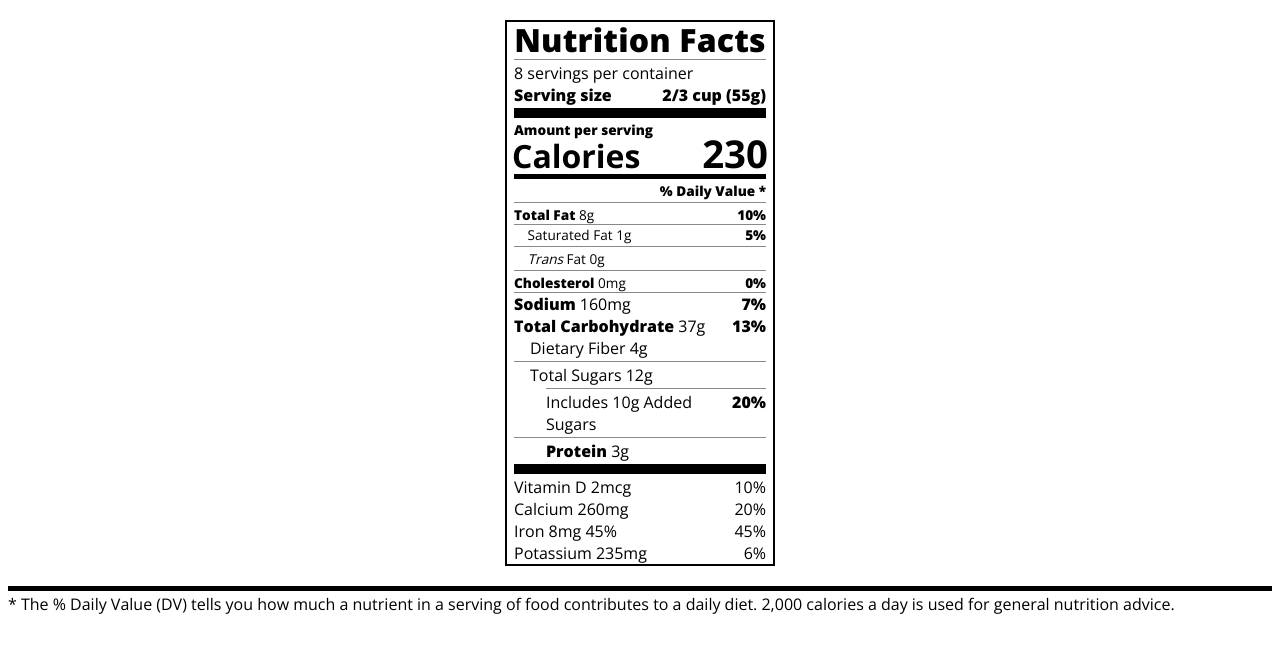
Repository: AimenDje/NutritionLabel
Page: index.html
These files come from the project's save history. The page is drawn as it stood at one moment and after the next save; the edit follows.
The browser window is 1280 px wide. The pictures show the whole page.

Above is the page before, as saved 2025-08-31 00:06:53.

### index.html
<!DOCTYPE html>
<html lang="en">

<head>
  <meta charset="UTF-8">
  <title>Nutrition Label</title>
  <link rel="stylesheet" href="https://fonts.googleapis.com/css?family=Open+Sans:400,700,800">
  <link rel="stylesheet" href="styles.css">

</head>

<body>
  <div class="label">
    <header>
      <h1 class="bold">Nutrition Facts</h1>
      <div class="divider"></div>
      <p>8 servings per container</p>
      <p class="bold">Serving size <span>2/3 cup (55g)</span></p>
    </header>
    <div class="divider large"> </div>
     <div class="calories-info">
      <div class="left-container">
        <h2 class="bold small-text">Amount per serving</h2>
        <p> Calories</p>
      </div>
      <span> 230 </span>
    </div>
    <div class="divider medium"></div>
    <div class="daily-value small-text">
      <p class="bold right no-divider" >% Daily Value *</p>
      <div class="divider"></div>
      <p><span><span class="bold">Total Fat</span> 8g</span> <span class="bold">10%</span></p>
      <p class="indent no-divider" >Saturated Fat 1g <span class="bold">5%</span></p>
      <div class="divider"></div>
      <p class="indent no-divider"><span><i>Trans</i> Fat 0g</span></p>
      <div class="divider"></div>
      <p> <span><span class="bold">Cholesterol</span> 0mg</span> <span class="bold">0%</span> </div>
      <p><span><span class="bold">Sodium</span> 160mg </span> <span class="bold">7%</span> </p>
      <p><span><span class="bold">Total Carbohydrate</span> 37g</span> <span class="bold">13%</span></p>
      <p class="indent no-divider">Dietary Fiber 4g </p>
      <div class="divider"></div>
      <p class="indent no-divider"> Total Sugars 12g</p>
      <div class="divider double-indent"></div>
      <p class="double-indent no-divider">Includes 10g Added Sugars <span class="bold">20% <span></p>
      <div class="divider"></div>
      <p class="double-indent no-divider"><span><span class="bold">Protein</span> 3g</span></p>
      <div class="divider large"></div>
      <p>Vitamin D 2mcg <span>10%</span></p>
      <p>Calcium 260mg <span>20%</span></p>
      <p>Iron 8mg 45% <span>45%</span></p>
      <p class="no-divider">Potassium 235mg <span>6%</span></p>
    </div>
    <div class="medium divider"> </div>
    <p class="note"> * The % Daily Value (DV) tells you how much a nutrient in a serving of food contributes to a daily diet.
    2,000 calories a day is used for general nutrition advice.</p>
  </div>
  </div>
</body>
</html>

### styles.css
*{
  box-sizing: border-box;
}

body{
  font-family:"Open Sans", sans-serif;
}

html{
  font-size:16px;
}

.label {
  border: 2px solid black;
  width: 270px;
  margin: 20px auto;
  padding : 0 7px;
}

header h1 {
  text-align: center;
  margin : -4px 0;
  letter-spacing : 0.15px;
}

p{
  margin : 0;
  display:flex;
  justify-content: space-between;
}

.divider{
  border-bottom: 1px solid #888989;
  margin : 2px 0;
}

.bold{
  font-weight: 800;
}

.large{
  height:10px;

}
.large, .medium{
  background-color:black;
  border:0;
}

.small-text{
  font-size: 0.85rem;
}

.calories-info h2{
  margin:0;
}

.calories-info{
  display:flex;
  justify-content:space-between;
  align-items:flex-end;
}

.left-container p{
  margin:-5px -2px;
  font-size: 2em;
  font-weight:700;
}

.calories-info span {
  font-size: 2.4em;
  font-weight: 700;
  margin : -7px -2px;
}

.medium{
  height:5px;
}

.right{
  justify-content: flex-end ;
}

.indent{
  margin-left:1em;
}

.daily-value p:not(.no-divider) {
  border-bottom: 1px solid #888989;
}

.double-indent{
  margin-left : 2em;
}

After the next save:
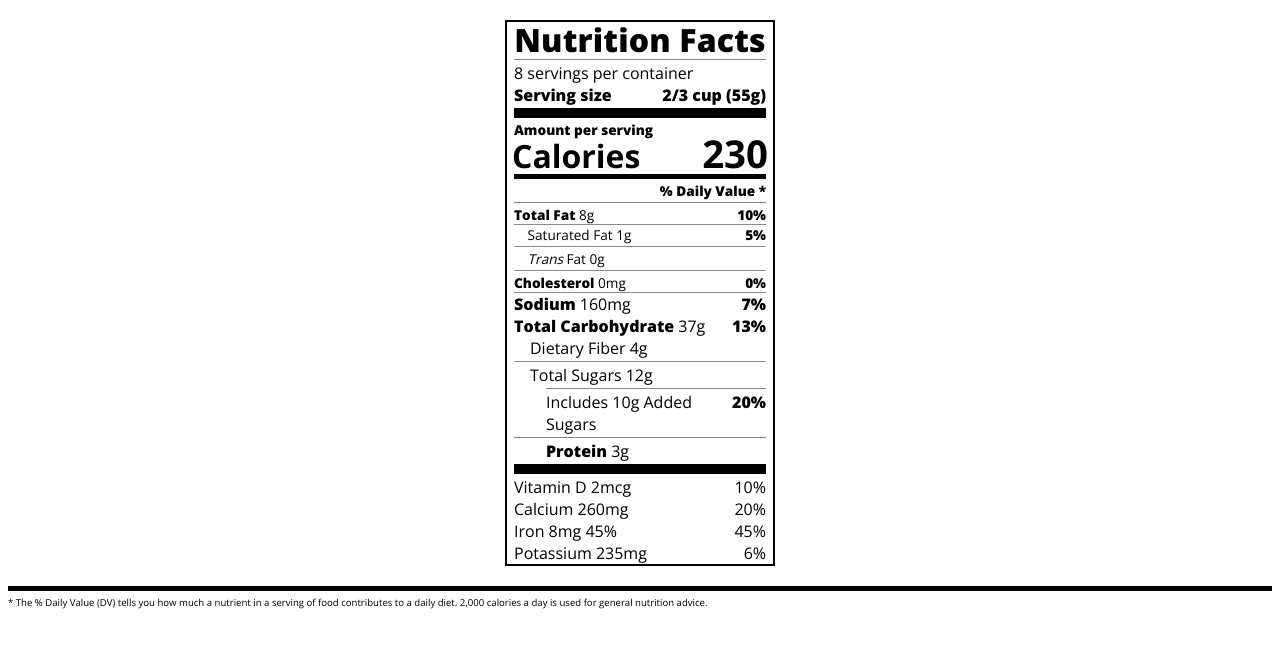
Saved 63 s later.
--- a/styles.css
+++ b/styles.css
@@ -92,3 +92,8 @@ p{
 .double-indent{
   margin-left : 2em;
 }
+
+.note{
+  font-size:0.6rem;
+  margin : 5px 0;
+}
